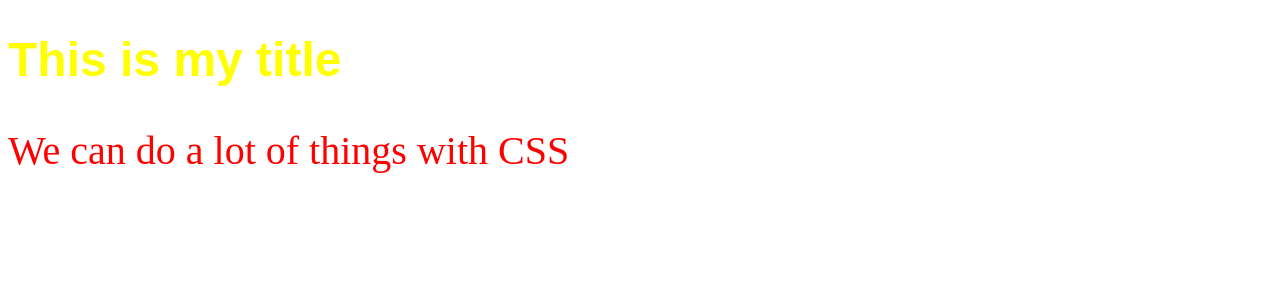
Repository: KarissaCummings1/nycod14-class-demo
Page: index.html
The author's editor kept a record of every edit. The page is drawn from the files as they stood at one moment, then again after the next edit.
The browser window is 1280 px wide. The pictures show the whole page.

Above is the page before.

### index.html
<!DOCTYPE html>
<html>
    <head>
        <title>Example Page</title>
        <style>
            #paragraph {
                font-size: 40px;
                font-family: Comic Snas;
                color: red;
            }
            .font-selector {
                font-family: Arial;
            }
            h2 {
                color: blue;
            }
        </style>
    </head>
    <body>
        <!--inline styling-->
        <h1 class="font-selector" style="color:yellow; font-size:48px">This is my title</h1>

        <p class="font-selector" id="paragraph">
            We can do a lot of things with CSS
        </p>
    </body>
</html>

After the next edit:
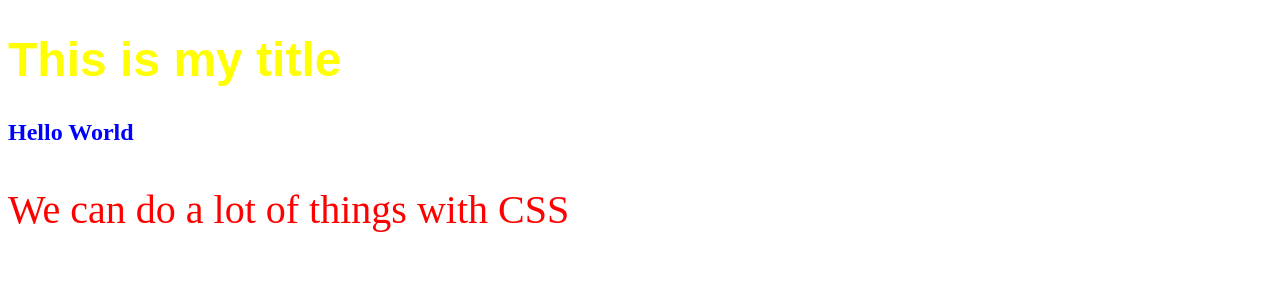
The edit:
--- a/index.html
+++ b/index.html
@@ -19,7 +19,7 @@
     <body>
         <!--inline styling-->
         <h1 class="font-selector" style="color:yellow; font-size:48px">This is my title</h1>
-
+        <h2 class="hello-world-slector">Hello World</h2>
         <p class="font-selector" id="paragraph">
             We can do a lot of things with CSS
         </p>
